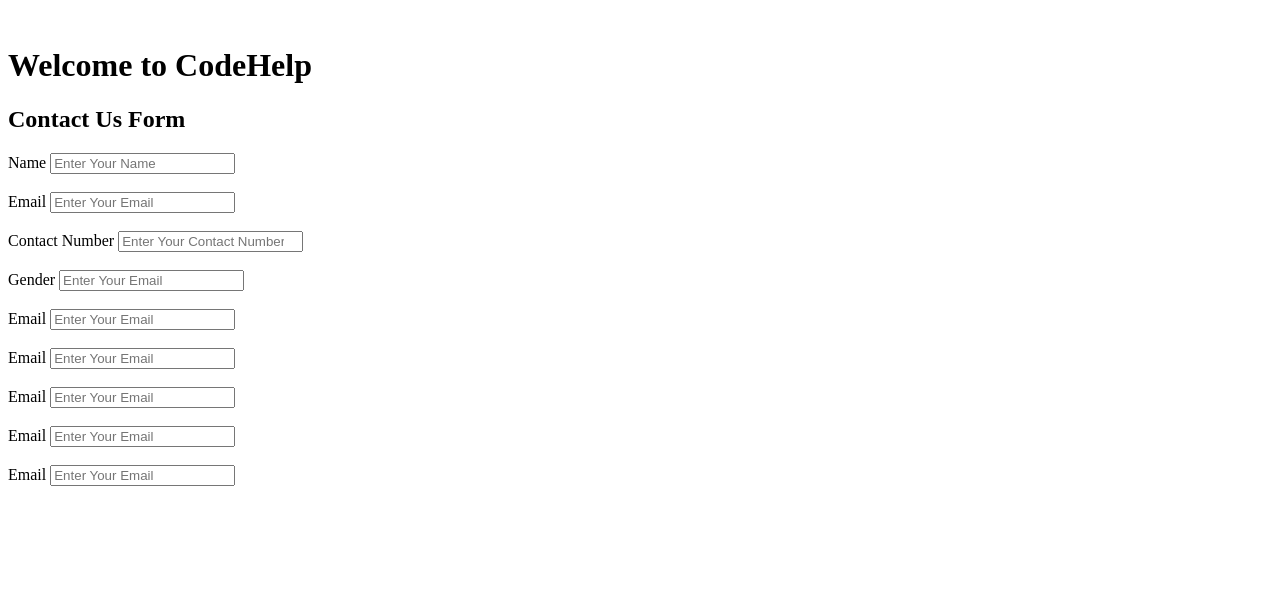
Repository: shoaib-1729/Web-Dev-Course_Dot-Batch_Love-Babbar
Page: 02_HTML Session Basics-to-Pro Level/03_HTML-Basics-Session-III/03_Code-Practice-Session-3/formsPractice.html
These files come from the project's save history. The page is drawn as it stood at one moment and after the next save; the edit follows.
The browser window is 1280 px wide. The pictures show the whole page.

Above is the page before, as saved 2023-07-29 16:16:20.

After the next save:
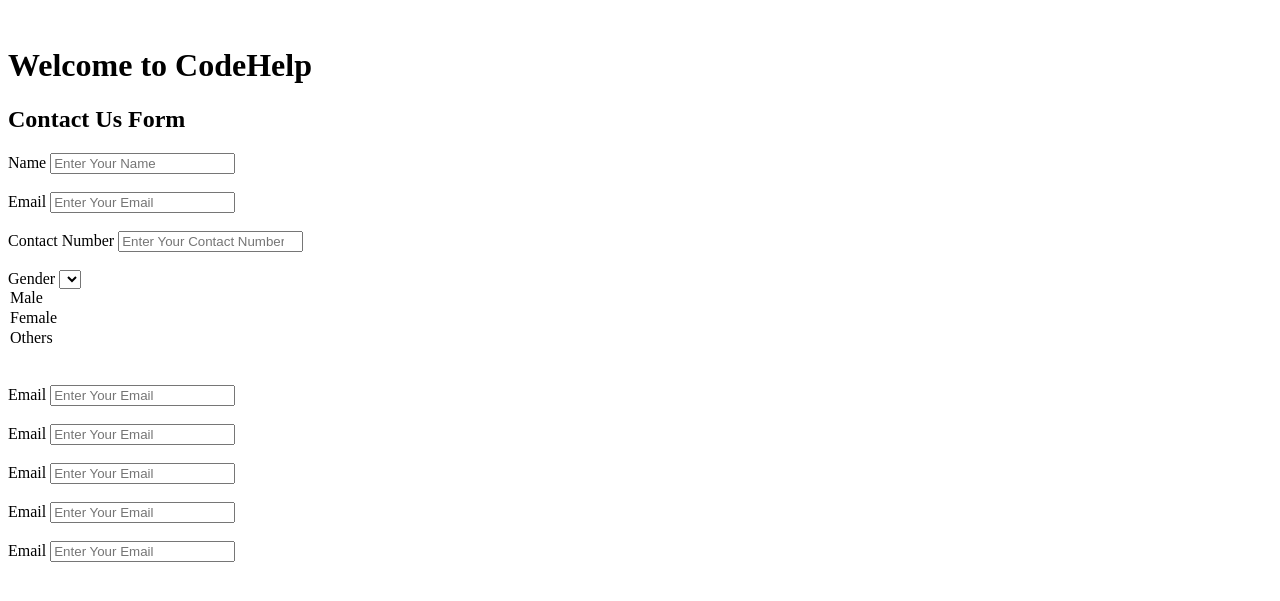
Saved 96 s later.
--- a/02_HTML Session Basics-to-Pro Level/03_HTML-Basics-Session-III/03_Code-Practice-Session-3/formsPractice.html
+++ b/02_HTML Session Basics-to-Pro Level/03_HTML-Basics-Session-III/03_Code-Practice-Session-3/formsPractice.html
@@ -30,7 +30,11 @@
 
 
     <label for="gender">Gender</label>
-    <input type="text" id="gender" placeholder="Enter Your Email">
+    <select name="gender" id="gender">Male</select>
+    <option value="">Male</option>
+    <option value="">Female</option>
+    <option value="">Others</option>
+
     </br>
     </br>
 
